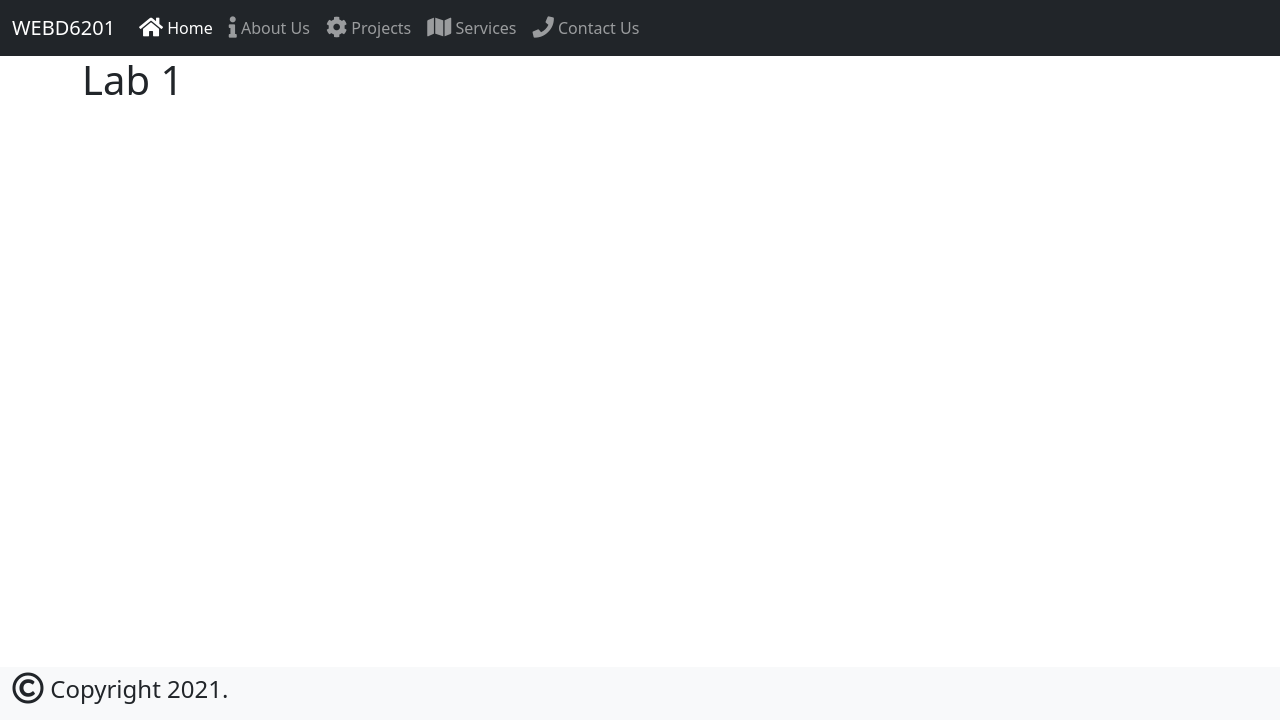
Repository: Sub4Sub/Lab_1
Page: index.html
These files come from the project's save history. The page is drawn as it stood at one moment and after the next save; the edit follows.
The browser window is 1280 px wide. The pictures show the whole page.

Above is the page before, as saved 2021-02-03 17:53:52.

### index.html
<!DOCTYPE html>
<html lang="en">
<head>
    <meta charset="UTF-8">
    <meta name="viewport" content="width=device-width, initial-scale=1.0">
    <title>Home</title>
    <!-- CSS Section -->
    <link rel="stylesheet" href="./node_modules/bootstrap/dist/css/bootstrap.min.css">
    <link rel="stylesheet" href="./node_modules/@fortawesome/fontawesome-free/css/all.min.css">
    <link rel="stylesheet" href="./Content/app.css">
</head>
<body>
    <!-- Main Header -->
    <header>
        <!-- Main Navigation -->
        <nav class="navbar navbar-expand-lg navbar-dark bg-dark">
            <div class="container-fluid">
              <a class="navbar-brand" href="index.html">WEBD6201</a>
              <button class="navbar-toggler" type="button" data-bs-toggle="collapse" data-bs-target="#navbarSupportedContent" aria-controls="navbarSupportedContent" aria-expanded="false" aria-label="Toggle navigation">
                <span class="navbar-toggler-icon"></span>
              </button>
              <div class="collapse navbar-collapse" id="navbarSupportedContent">
                <ul class="navbar-nav me-auto mb-2 mb-lg-0">
                  <li class="nav-item">
                    <a class="nav-link active" aria-current="page" href="index.html"><i class="fas fa-home fa-lg"></i> Home</a>
                  </li>

                  <li class="nav-item">
                    <a class="nav-link" aria-current="page" href="about.html"><i class="fas fa-info fa-lg"></i> About Us</a>
                  </li>

                  <li class="nav-item">
                    <a class="nav-link" aria-current="page" href="projects.html"><i class="fas fa-cog fa-lg"></i> Projects</a>
                  </li>

                  <li class="nav-item">
                    <a class="nav-link" aria-current="page" href="services.html"><i class="fas fa-map fa-lg"></i> Services</a>
                  </li>

                  <li class="nav-item">
                    <a class="nav-link" aria-current="page" href="contact.html"><i class="fas fa-phone fa-lg"></i> Contact Us</a>
                  </li>
                </ul>
              </div>
            </div>
          </nav>
    </header>

    <!-- Main Content -->
    <main class="container">
        <h1>Lab 1</h1>
        <p id="paragraphOne"></p>
    </main>

    <!-- Main Footer -->
    <footer>
        <nav class="navbar fixed-bottom navbar-light bg-light">
            <div class="container-fluid">
              <h4><i class="far fa-copyright fa-lg"></i> Copyright 2021.</h4>
            </div>
          </nav>
    </footer>

    <!-- Script Section-->
    <script src="./node_modules/jquery/dist/jquery.min.js"></script>
    <script src="./node_modules/bootstrap/dist/js/bootstrap.bundle.min.js"></script>
    <script src="./Scripts/app.js"></script>
</body>
</html>

Loaded but not shown: node_modules/bootstrap/dist/css/bootstrap.min.css (library); node_modules/@fortawesome/fontawesome-free/css/all.min.css (library); node_modules/jquery/dist/jquery.min.js (library); node_modules/bootstrap/dist/js/bootstrap.bundle.min.js (library); Scripts/app.js (no copy from this time; the picture is the same without it); Content/app.css (no stored copy; drawn as an empty file)

After the next save:
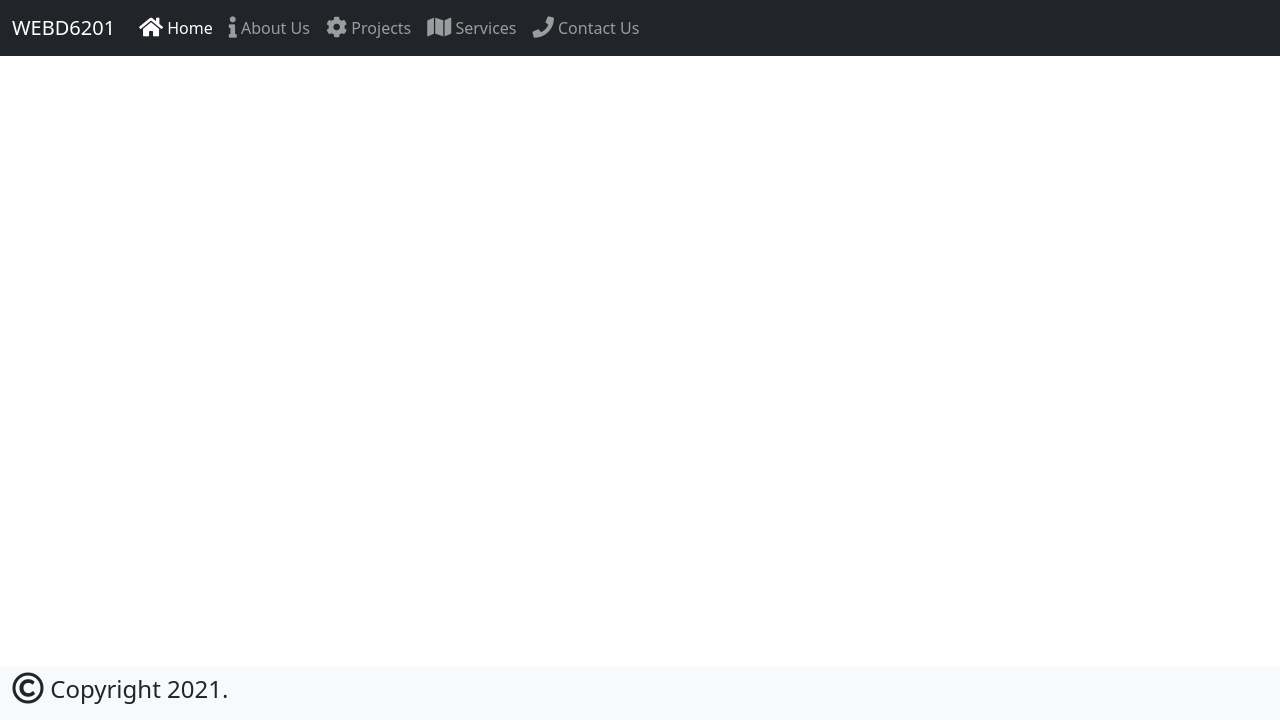
Saved 53 s later.
--- a/index.html
+++ b/index.html
@@ -48,8 +48,6 @@
 
     <!-- Main Content -->
     <main class="container">
-        <h1>Lab 1</h1>
-        <p id="paragraphOne"></p>
     </main>
 
     <!-- Main Footer -->
